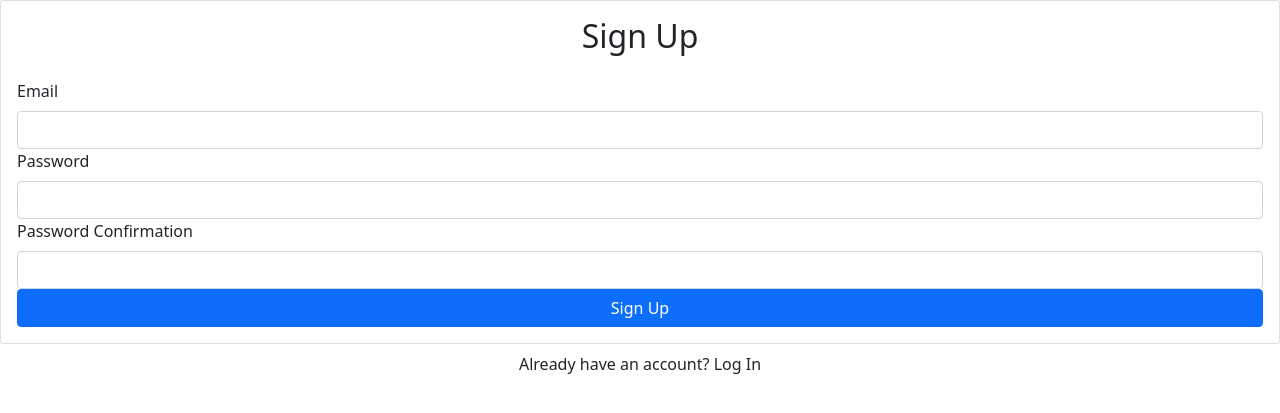
Repository: JaydenTianranYang/EsolApp
Page: /signup
The author's editor kept a copy of each file at every save. The page is drawn from the files as they stood at one save, then again after the next save.
The browser window is 1280 px wide. The pictures show the whole page.
The project was rebuilt for these pictures with package versions that can differ from the ones it lists, and the page was loaded fresh each time.

Above is the page before, as saved 2022-04-06 22:21:38.

### src/index.js
import React from 'react';
import ReactDOM from 'react-dom';
import './index.css';
import App from './components/App';
import reportWebVitals from './reportWebVitals';
import "bootstrap/dist/css/bootstrap.min.css"

ReactDOM.render(
  <React.StrictMode>
    <App />
  </React.StrictMode>,
  document.getElementById('root')
);

// If you want to start measuring performance in your app, pass a function
// to log results (for example: reportWebVitals(console.log))
// or send to an analytics endpoint. Learn more: https://bit.ly/CRA-vitals
reportWebVitals();

### src/components/App.js
import React, { Component } from 'react'
import Signup from './Signup'

function App() {
  return <Signup />
}

export default App;

### src/components/Signup.js
import React, { useRef } from 'react'
import { Form, Button, Card } from 'react-bootstrap'

export default function Signup() {
    const emailRef = useRef()
    const passwordRef = useRef()
    const passwordConfirmRef = useRef()

    return (
        <>
            <Card>
                <Card.Body>
                    <h2 className="text-center mb-4">Sign Up</h2>
                    <Form>
                        <Form.Group id="email">
                            <Form.Label>Email</Form.Label>
                            <Form.Control type="email" ref={emailRef} required />
                        </Form.Group>
                        <Form.Group id="password">
                            <Form.Label>Password</Form.Label>
                            <Form.Control type="password" ref={passwordRef} required />
                        </Form.Group>
                        <Form.Group id="password-confirm">
                            <Form.Label>Password Confirmation</Form.Label>
                            <Form.Control type="password" ref={passwordConfirmRef} required />
                        </Form.Group>
                        <Button className="w-100" type="submit">Sign Up</Button>
                    </Form>
                </Card.Body>
            </Card>
            <div className="w-100 text-center mt-2">
                Already have an account? Log In
            </div>
        </>
    )
}

Loaded but not shown: public/index.html (common file); src/index.css (common file); src/reportWebVitals.js (common file)

After the next save:
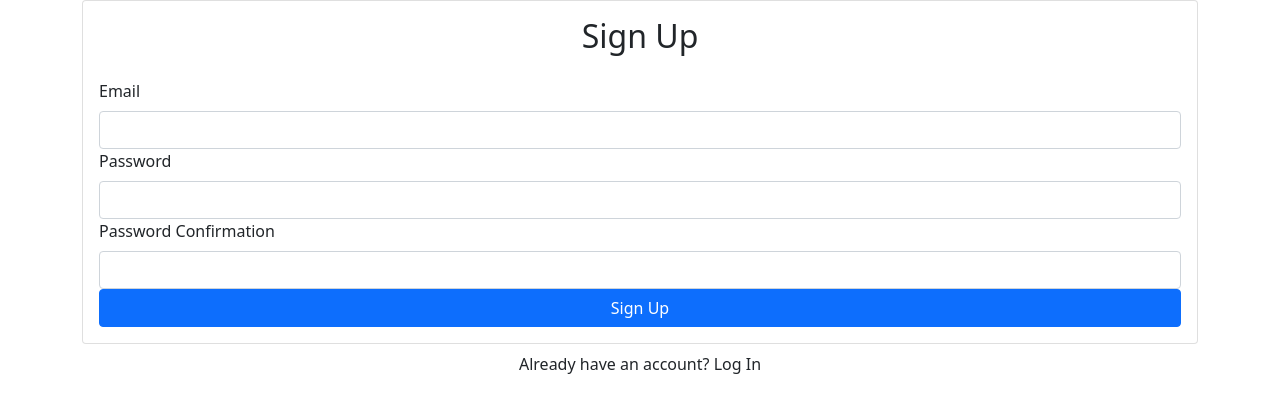
Saved 100 s later.
--- a/src/components/App.js
+++ b/src/components/App.js
@@ -1,8 +1,13 @@
-import React, { Component } from 'react'
+import React from 'react'
 import Signup from './Signup'
+import { Container } from 'react-bootstrap'
 
 function App() {
-  return <Signup />
+  return (
+    <Container>
+      <Signup />
+    </Container>
+  )
 }
 
 export default App;
